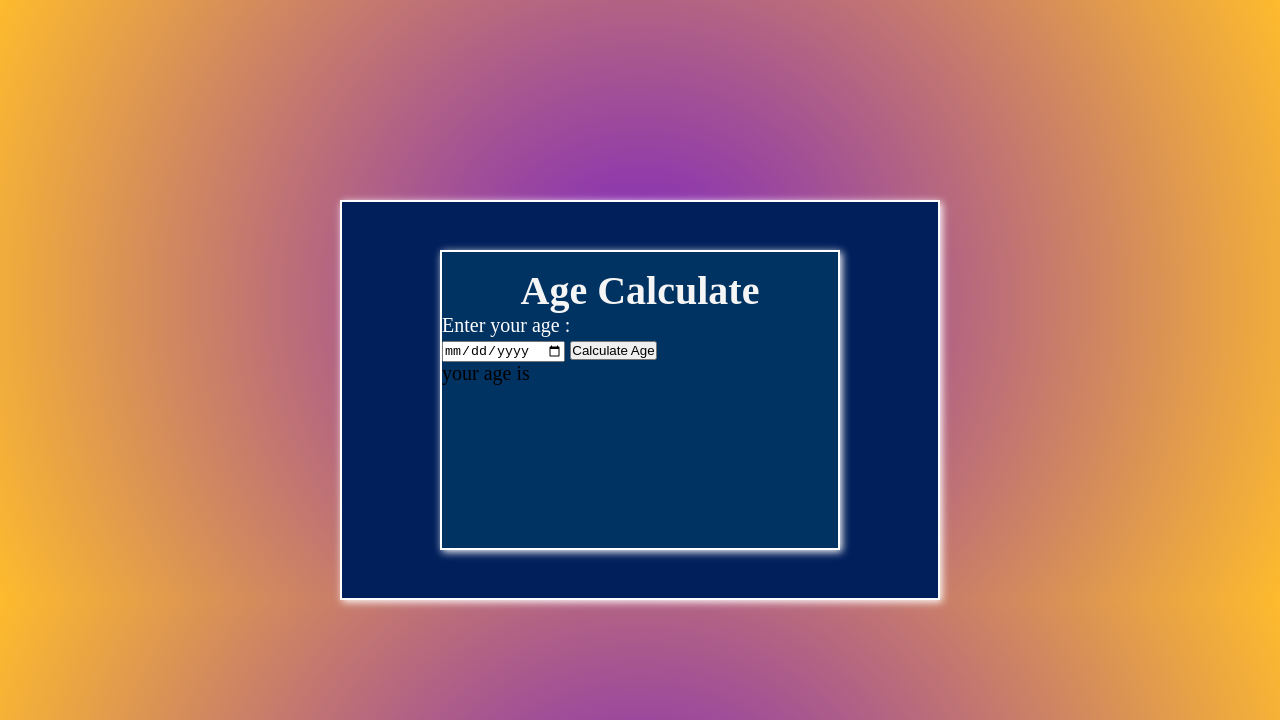
Repository: sristigupta04/basic-js-project
Page: age calculator/age.html
These files come from the project's save history. The page is drawn as it stood at one moment and after the next save; the edit follows.
The browser window is 1280 px wide. The pictures show the whole page.

Above is the page before, as saved 2025-11-07 15:53:00.

### age calculator/age.html
<!DOCTYPE html>
<html lang="en">
<head>
    <meta charset="UTF-8">
    <meta name="viewport" content="width=device-width, initial-scale=1.0">
    <title>Document</title>
    <link rel="stylesheet" href="age.css"/>
</head>
<body>
    <div class="main">
    <div class="age">
    <h1>Age Calculate</h1>

    <label for="eventDate">Enter  your age :</label>
<input type="date" id="eventDate" name="eventDate">
<button>Calculate Age</button>
<p id="realage">your age is </p></div></div>
</body>
</html>

### age calculator/age.css
*{
    padding: 0;
    margin: 0;
    box-sizing: border-box;
}
body{
    display: flex;
    justify-content: center;
    align-items: center;
   background: #7b22c3;
background: radial-gradient(circle, rgba(123, 34, 195, 1) 0%, rgba(253, 187, 45, 1) 100%);
}

.main{
     display: flex;
    justify-content: center;
    align-items: center;
    border:2px solid white;
    height: 400px;
    width: 600px;
    box-shadow: 2px 2px 8px white;
    font-size: 20px;
     margin-top: 200px;
     background-color:#011F5B;

}

.age{
    background-color:#003262;
     box-shadow: 2px 2px 8px white;
    border:2px solid white;
    height:300px;
    width:400px;
}

.age h1{
     display: flex;
    justify-content: center;
    align-items: center;
    margin-top: 15px;
    color:whitesmoke;
    font-size: 200;

}

.age  label{
    color:white;
 display: flex;;
}

After the next save:
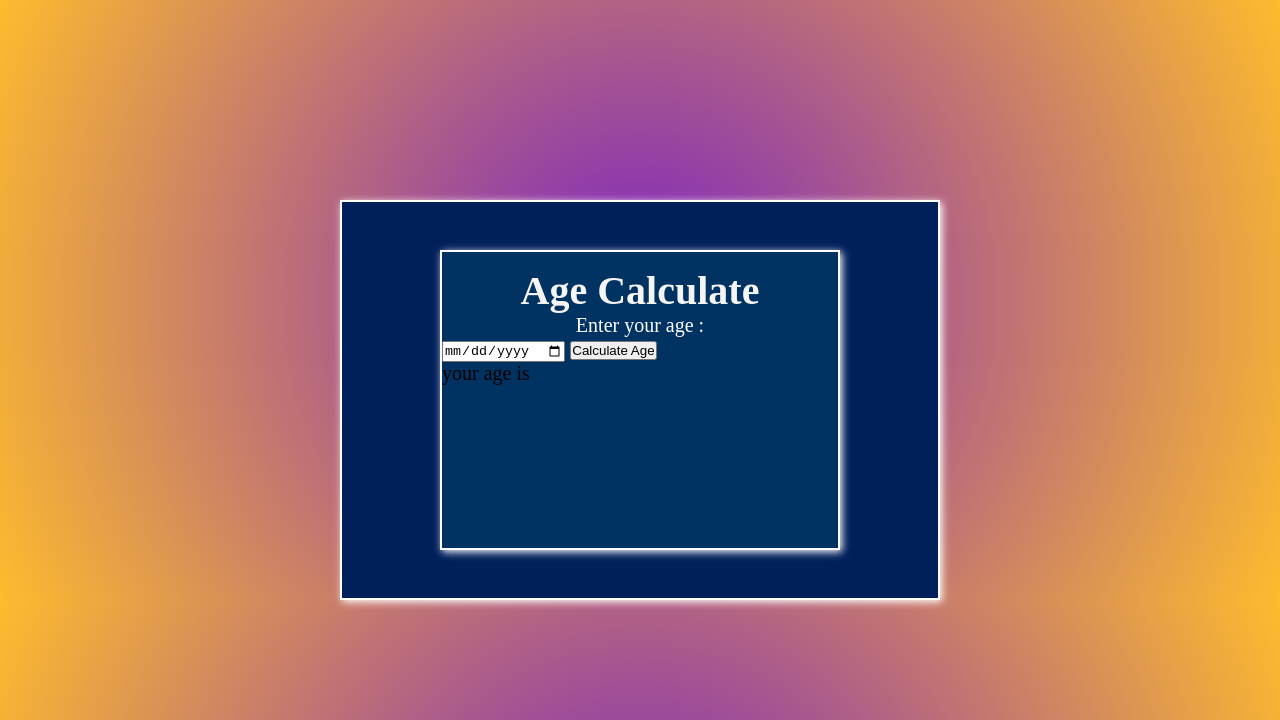
Saved 7 s later.
--- a/age calculator/age.css
+++ b/age calculator/age.css
@@ -45,5 +45,6 @@
 
 .age  label{
     color:white;
- display: flex;;
+ display: flex;
+ justify-content: center;
 }
